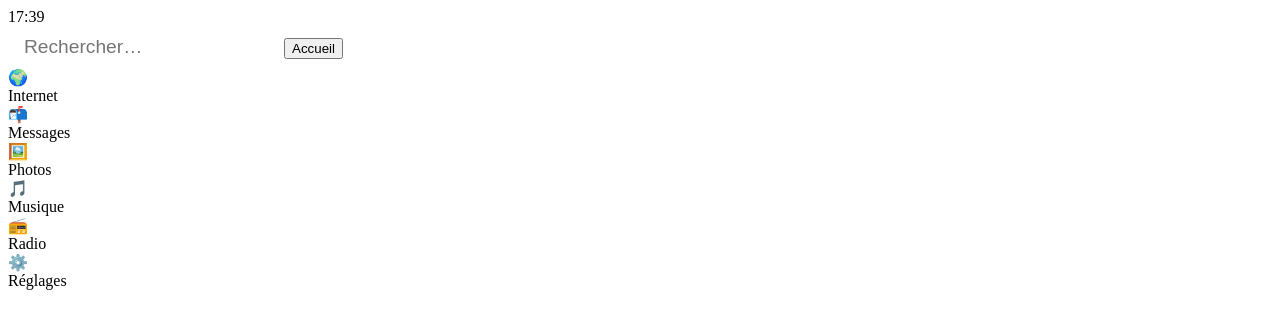
Repository: nlagardere/OpenHand
Page: index.html
An editor plug-in stored every save of this project. The page is shown before and after the next save, followed by the edit.
The browser window is 1280 px wide. The pictures show the whole page.

Above is the page before, as saved 2026-01-28 17:54:22.

### index.html
<!DOCTYPE html>
<html lang="fr">
<head>
<meta charset="UTF-8">
<meta name="viewport" content="width=device-width, initial-scale=1.0">
<title>OpenHand</title>
<link rel="stylesheet" href="css/style.css">
</head>

<body>

<header>
  <div id="clock">--:--</div>
  <input id="search" placeholder="Rechercher…" />
  <button id="homeBtn">Accueil</button>
</header>

<main id="menu"></main>
<section id="appView"></section>


<script src="js/app-manager.js"></script>
</body>
</html>

### css/style.css
#search {
  font-size: 1.2rem;
  padding: 10px 16px;
  border-radius: 999px;
  border: none;
  width: 240px;
}

.fade {
  animation: fade 0.3s ease;
}

@keyframes fade {
  from { opacity: 0; transform: scale(0.98); }
  to { opacity: 1; transform: scale(1); }
}

### js/app-manager.js
const menu = document.getElementById("menu");
const appView = document.getElementById("appView");
const homeBtn = document.getElementById("homeBtn");

/* Horloge */
function updateClock() {
  const now = new Date();
  document.getElementById("clock").textContent =
    now.toLocaleTimeString("fr-FR", { hour: "2-digit", minute: "2-digit" });
}
setInterval(updateClock, 1000);
updateClock();

/* Charger les apps */
fetch("apps.json")
  .then(res => res.json())
  .then(apps => {
    apps.forEach(app => {
      const card = document.createElement("div");
      card.className = "card";
      card.innerHTML = `
        <div class="icon">${app.icon}</div>
        ${app.name}
      `;
      card.onclick = () => openApp(app.entry);
      menu.appendChild(card);
    });
  });

/* Ouvrir une app */
function openApp(url) {
  menu.style.display = "none";
  appView.style.display = "block";

  appView.innerHTML = `
    <iframe src="${url}" style="width:100%;height:100%;border:none;"></iframe>
  `;
}

/* Retour accueil */
homeBtn.onclick = () => {
  appView.style.display = "none";
  menu.style.display = "grid";
  appView.innerHTML = "";
};

### apps.json
[
  {
    "name": "Internet",
    "icon": "🌍",
    "category": "Communication",
    "entry": "apps/internet/index.html"
  },
  {
    "name": "Messages",
    "icon": "📬",
    "category": "Communication",
    "entry": "apps/messages/index.html"
  },
  {
    "name": "Photos",
    "icon": "🖼️",
    "category": "Souvenirs",
    "entry": "apps/photos/index.html"
  },
  {
    "name": "Musique",
    "icon": "🎵",
    "category": "Divertissement",
    "entry": "apps/musique/index.html"
  },
  {
    "name": "Radio",
    "icon": "📻",
    "category": "Divertissement",
    "entry": "apps/radio/index.html"
  },
  {
    "name": "Réglages",
    "icon": "⚙️",
    "category": "Système",
    "entry": "apps/settings/index.html"
  }
]

After the next save:
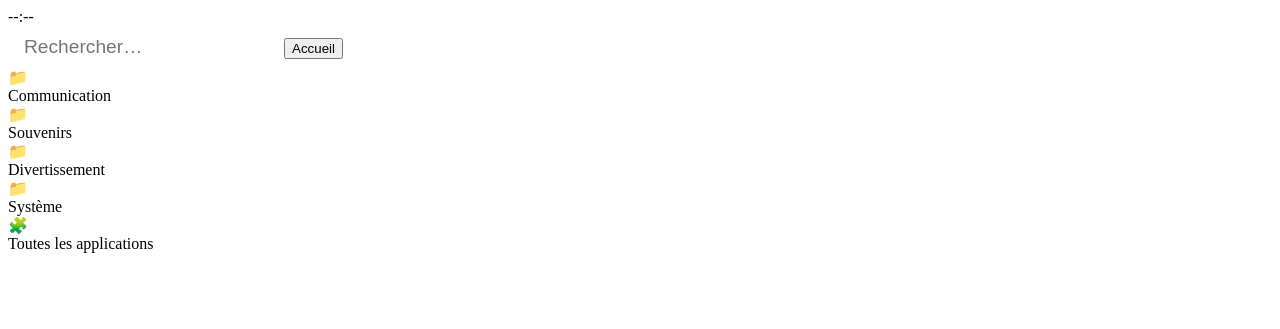
Saved 11 s later.
--- a/js/app-manager.js
+++ b/js/app-manager.js
@@ -1,45 +1,65 @@
-const menu = document.getElementById("menu");
-const appView = document.getElementById("appView");
-const homeBtn = document.getElementById("homeBtn");
+let allApps = [];
+let currentView = "home";
 
-/* Horloge */
-function updateClock() {
-  const now = new Date();
-  document.getElementById("clock").textContent =
-    now.toLocaleTimeString("fr-FR", { hour: "2-digit", minute: "2-digit" });
-}
-setInterval(updateClock, 1000);
-updateClock();
-
-/* Charger les apps */
 fetch("apps.json")
-  .then(res => res.json())
+  .then(r => r.json())
   .then(apps => {
-    apps.forEach(app => {
-      const card = document.createElement("div");
-      card.className = "card";
-      card.innerHTML = `
-        <div class="icon">${app.icon}</div>
-        ${app.name}
-      `;
-      card.onclick = () => openApp(app.entry);
-      menu.appendChild(card);
-    });
+    allApps = apps;
+    showCategories();
   });
 
-/* Ouvrir une app */
+function showCategories() {
+  currentView = "home";
+  menu.innerHTML = "";
+  appView.style.display = "none";
+  menu.style.display = "grid";
+
+  const categories = [...new Set(allApps.map(a => a.category))];
+
+  categories.forEach(cat => {
+    createCard(cat, "📁", () => showApps(cat));
+  });
+
+  createCard("Toutes les applications", "🧩", () => showApps());
+}
+
+function showApps(category = null) {
+  currentView = "apps";
+  menu.innerHTML = "";
+  const apps = category
+    ? allApps.filter(a => a.category === category)
+    : allApps;
+
+  apps.forEach(app => {
+    createCard(app.name, app.icon, () => openApp(app.entry));
+  });
+}
+
+function createCard(label, icon, action) {
+  const card = document.createElement("div");
+  card.className = "card fade";
+  card.innerHTML = `<div class="icon">${icon}</div>${label}`;
+  card.onclick = action;
+  menu.appendChild(card);
+}
+
 function openApp(url) {
   menu.style.display = "none";
   appView.style.display = "block";
-
   appView.innerHTML = `
     <iframe src="${url}" style="width:100%;height:100%;border:none;"></iframe>
   `;
 }
 
-/* Retour accueil */
-homeBtn.onclick = () => {
-  appView.style.display = "none";
-  menu.style.display = "grid";
-  appView.innerHTML = "";
+homeBtn.onclick = showCategories;
+
+/* Recherche */
+search.oninput = () => {
+  const q = search.value.toLowerCase();
+  menu.innerHTML = "";
+  allApps
+    .filter(a => a.name.toLowerCase().includes(q))
+    .forEach(a =>
+      createCard(a.name, a.icon, () => openApp(a.entry))
+    );
 };
